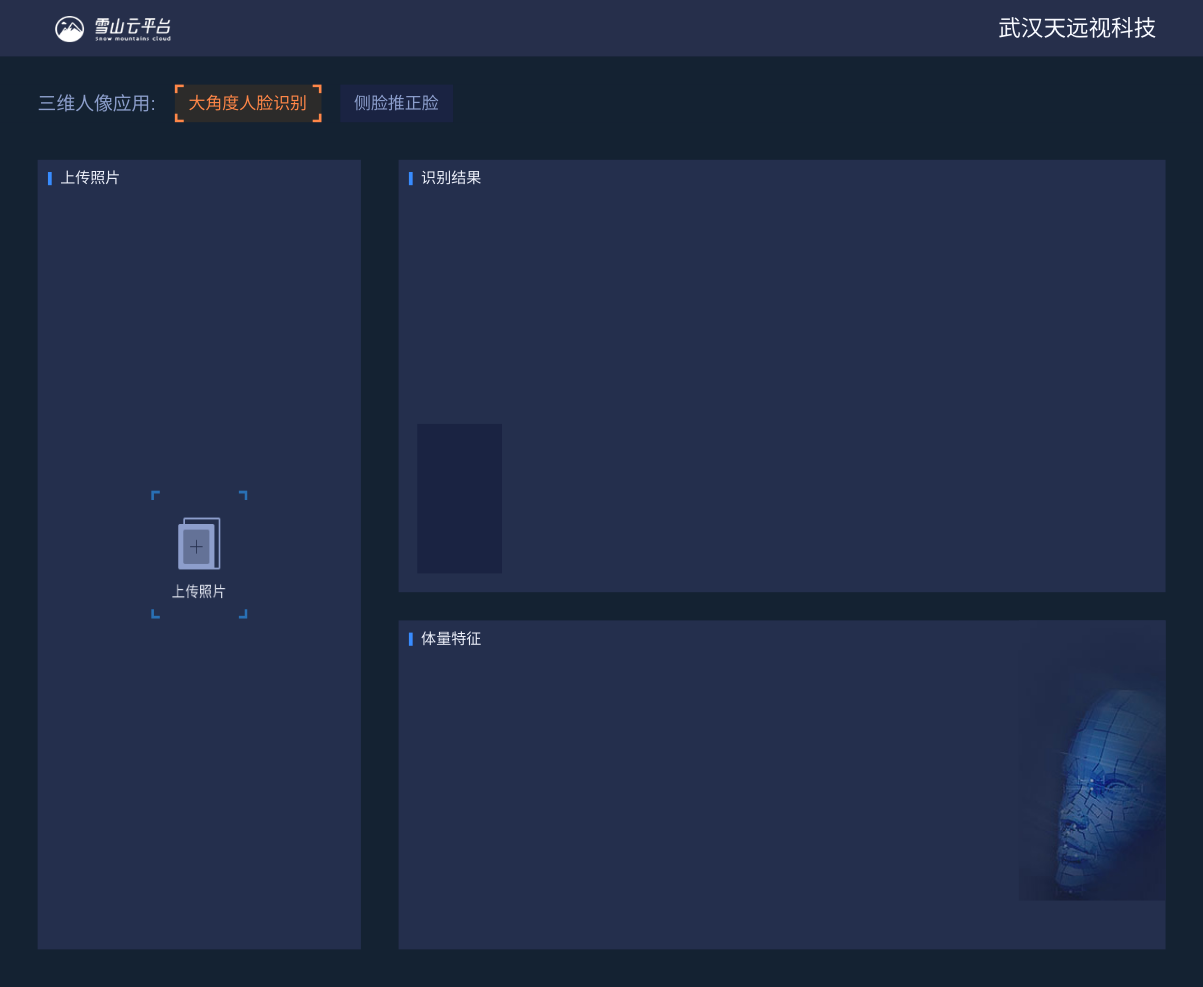
Repository: fyt2020/pubilcDemlo
Page: /
An editor plug-in stored every save of this project. The page is shown before and after the next save, followed by the edit.
The browser window is 1280 px wide. The pictures show the whole page, at 94% of full size.
The project was rebuilt for these pictures with package versions that can differ from the ones it lists, and the page was loaded fresh each time.

Above is the page before, as saved 2020-04-28 17:10:59.

### index.html
<!DOCTYPE html>
<html>
  <head>
    <meta charset="utf-8">
    <meta name="viewport" content="width=device-width,initial-scale=1.0">
    <title>pubilcdemo</title>
    <link rel="shortcut icon" href="./static/farsee.ico" type="image/x-icon">
    <script src="./static/config.js"></script>
    <script src="./static/main.js"></script>
  </head>
  <body>
    <div id="app"></div>
    <!-- built files will be auto injected -->
  </body>
</html>

### src/assets/css/reset.css
@charset "UTF-8";
/**
 * @desc pc端常用reset.css
 * @author archer
 * @date 2018-08-26
 */
html,body,div,p,ul,li,dl,dt,dd,em,i,span,a,img,input,h1,h2,h3,h4,h5,nav,section,footer,header,table,tr,th,td,ul,li{margin:0;padding:0;box-sizing: border-box;}
h1,h2,h3,h4,h5,h6{font-weight:normal}
i,em,b{font-style:normal}
article,aside,details,figcaption,figure,footer,header,menu,nav,section {display: block;}
a,img,input {border:none;}
a {text-decoration:none;}
a:hover, a:active {outline: none;}
ul,li{list-style: none}
button,input,select,textarea{font-size:100%;outline:none}
table{border-collapse:collapse;border-spacing:0}
html, body {width: 100%;height: 100%;}
body{font-family:"Helvetica Neue",Helvetica, Arial,sans-serif; font-size: 14px;line-height:1}

### src/pages/Home.vue
<template>
  <div class="home">
      <div class="header">
           <div class="header__left">
                <img src="../assets/img/logo1.png" alt="" class="logo_img">
           </div>
           <div class="header__right">
                <span>武汉天远视科技</span>
           </div>
      </div>
      <div class="navigation">
            <span class="navigation__title">三维人像应用:</span>
            <router-link tag="li" :to="{name:'bigAngle'}" class="navigation__item">大角度人脸识别</router-link>
            <router-link tag="li" :to="{name:'face',params:{id:'self'}}" class="navigation__item">侧脸推正脸</router-link>
      </div>

      <div class="content">
         <router-view />
      </div>

  </div>
</template>

<script>
export default {
  data() {
    return {};
  },
  computed: {},
  created() {

  },
  mounted() {

  },
  methods: {

  },
  components: {}
};
</script>

<style lang="scss" scoped>
@import "@/assets/css/home.scss";
</style>

### src/assets/css/home.scss

@import "@/assets/css/func.scss";
.home{
    font-size: 20px;
    width: 100vw;
    height: 100vh;
    background-color: #142232;
    .header{
        width: 100%;
        height: 60px;
        background-color: #262f4b;
        display: flex;
        align-items: center;
        color:  #f8faff;;
        justify-content: space-between;
        padding: 0 50px;
        font-size: 24px;
        .header__left{
            height: 100%;
            display: flex;
            align-items: center;
            .logo_img{
                width: 141px;
                height: 35px;
            }
        }
        .header__right{
            height: 100%;
            display: flex;
            align-items: center;
        }
    }
    .navigation{
        width: 100%;
        height: 40px;
        display: flex;
        align-items: center;
        box-sizing: border-box;
        background-color: #142232;
        color:  #8c9ecb;
        padding: 0 40px;
        margin-top: 30px;
        .navigation__title{
            margin-right: 20px;
        }
        &__item{
            height: 40px;
            line-height: 40px;
            box-sizing: border-box;
            padding: 0 15px;
            margin-right: 20px;
            font-size: 18px;
            color: #8c9ecc;
            background-color:  #1a2342;
        }
        &__item.exactActive{
             display: flex;
             color: #ff8748;
             background: url('../#{$img}/qhbtn.png') no-repeat center;
             background-size: 100% 100%;

        }
    }
    .content{
        width: 100%;
        padding: 40px;
        background-color: #142232;
    }
}

### src/assets/css/func.scss
// @function px2Rem($px, $base-font-size: 19.2px) {
//     @if (unitless($px)) { //有无单位
//       @return ($px / 19.2) * 1rem;
//     } @else if (unit($px) == em) {
//       @return $px;
//     }
//     @return ($px / $base-font-size) * 1rem;
// }

$img:"/assets/img";

### src/assets/css/bigAngle.scss
.bigAngle{
     display: flex;
     width: 100%;
     height: 100%;
     .titleW{
        position: absolute;
        height: 20px;
        line-height: 20px;
        width: 100%;
        left: 10px;
        top:10px;
        display: flex;
        align-items: center;
        color:  #edf0fa;
        font-size: 16px;
        border: 1px solid transparent;
        .titleW__one{

           width: 4px;
           height: 14px;
           margin-right: 9px;
           background-color: #388cff;
        }
    }
     .bigAngle__left{
        width: 994px;
        height: 840px;
        margin-right: 40px;
        display: flex;
        flex-direction: column;
        background-color: #242f4d;
        .left__top{
             width: 100%;
             height: 100%;
            //  margin-bottom: 20px;
             display: flex;
             align-items: center;
             justify-content: center;
             position: relative;
             .uploadImg{
                height: 100%;
             }

             .delete__img{
                position: absolute;
                width: 36px;
                height: 36px;
                right: 20px;
                top:20px;
                transition: all 0.1 linear;
                z-index: 2100;
                cursor: pointer;
             }
             .btn{
                 position: absolute;
                 outline: none;
                 position: relative;
                 border: none;
                 background: transparent;
                //  border-style: solid;
                //  border-width: 2px;
                //  border-image-source: linear-gradient(0deg,#1a5fff 0%, #5f8ffd 100%);
                //  border-image-slice: 1;
                 width: 114px;
                 height: 138px;
                //  line-height: 30px;
                //  color: #1a5fff;
                //  border-radius: 6px;
                 z-index: 9999;
                 cursor: pointer;
                 .btn__bg{
                     width: 100%;
                     height: 100%;
                 }
             }
        }
        .left__bottom{
            width: 100%;
            height: 15%;
            border: 1px solid black;
            .left__bottom{

            }

        }
     }
     .bigAngle__right{
        width: 816px;
        height: 840px;


        .right__top{

            width: 100%;
            height: 460px;
            position: relative;
            margin-bottom: 30px;
            background-color: #242f4d;

            .recg__box{

                display: flex;
                position: absolute;
                width: 90px;
                left: 20px;
                bottom: 20px;
                background-color: #1a2342;;
                height: 159px;
                align-items: center;
                justify-content: flex-start;
                .recg__item{
                    height: 100%;
                }
            }
            #WebGL-output{
                width: 815px;
                height: 460px;
            }
            .info__box{
                position: absolute;
                right: 20px;
                bottom: 20px;
                width: 238px;
                height: 158px;
                background-color: #1a2342;
                padding: 15px;
                display: flex;
                flex-direction: column;
                justify-content: space-around;
                align-content: space-around;
                font-size: 14px;
                color: #edf0fa;


            }
        }
        .right__bottom{
            background-color: #242f4d;
            width: 100%;
            height: 350px;
            position: relative;
            .char__box{
                position: relative;
                width: 816px;
                height: 298px;
                z-index: 1;
                margin-top: 20px;

                .char2{
                    position: absolute;
                    right: 0;
                    bottom: 0;
                }

            }
            .char{


            }
            .tl__box{
                display: flex;
                position: absolute;
                z-index: 10;
                width: 100%;
                height: 100%;


                .tl__item{
                    display: flex;
                    align-items: center;
                    position: absolute;
                    font-size: 15px;
                    color: #edf0fa;
                    letter-spacing: 1px;

                    &:nth-of-type(1){
                        left: 43%;
                        top:17%

                    }
                    &:nth-of-type(2){
                        left: 32%;
                        top:30%
                    }
                    &:nth-of-type(3){

                        left: 43%;
                        top:40%
                    }
                    &:nth-of-type(4){

                        left: 43%;
                        top:50%
                    }
                    &:nth-of-type(5){

                        left: 43%;
                        top:59%
                    }
                    &:nth-of-type(6){

                        left: 43%;
                        top:68%
                    }
                    &:nth-of-type(7){

                        left: 43%;
                        top:77%
                    }
                    &:nth-of-type(8){

                        left: 43%;
                        top:86%
                    }






                }
            }


        }

     }
}

Loaded but not shown: src/App.vue (common file); src/plugins/axios.js (library); src/router/index.js (42 lines, source omitted); src/main.js (17 lines, source omitted); static/config.js (4 lines, source omitted); src/pages/bigAngle.vue (412 lines, source omitted)

After the next save:
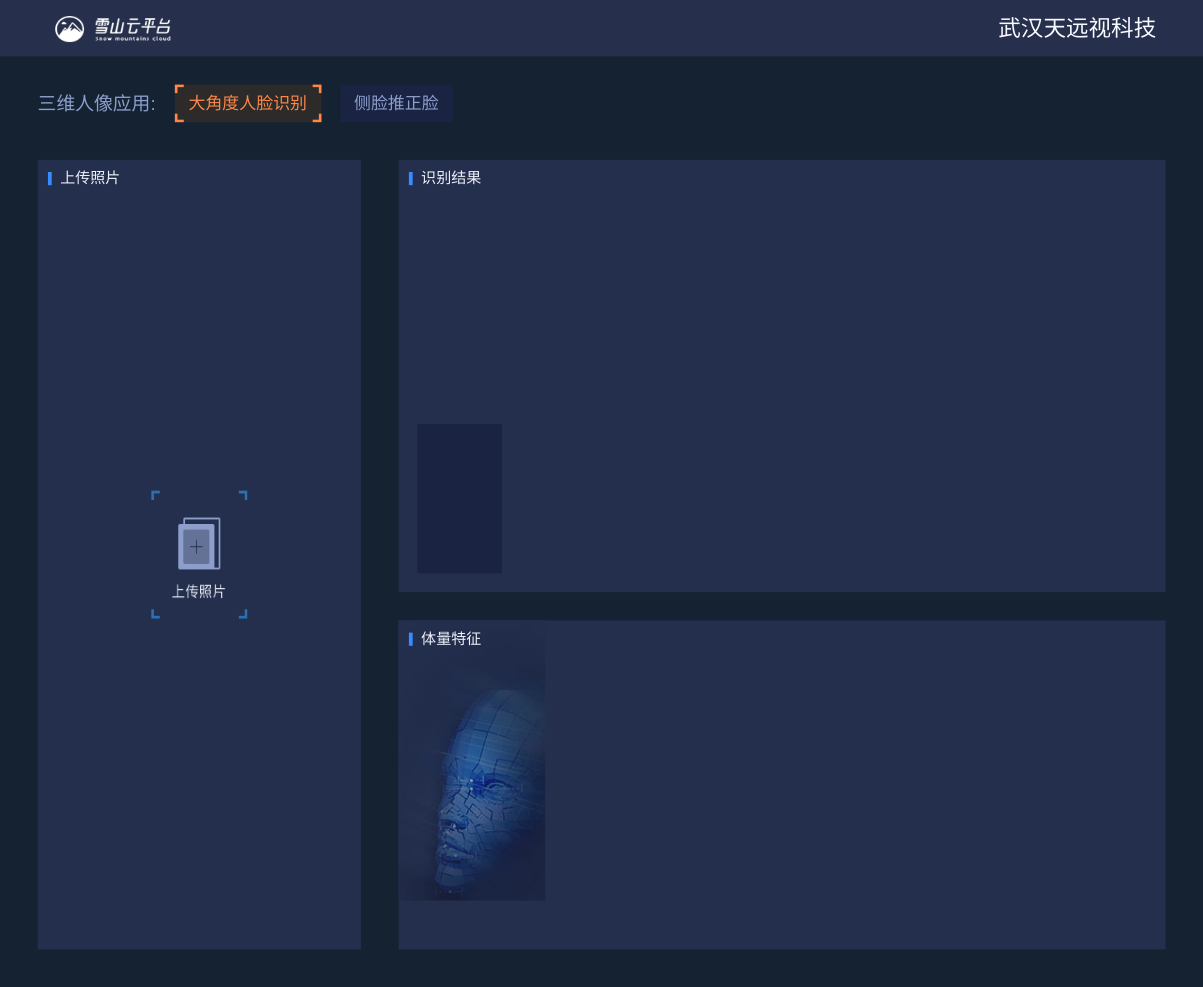
Saved 64 s later.
--- a/src/assets/css/bigAngle.scss
+++ b/src/assets/css/bigAngle.scss
@@ -140,16 +140,15 @@
             height: 350px;
             position: relative;
             .char__box{
-                position: relative;
+
                 width: 816px;
                 height: 298px;
                 z-index: 1;
                 margin-top: 20px;
 
                 .char2{
-                    position: absolute;
-                    right: 0;
-                    bottom: 0;
+
+
                 }
 
             }

After the save that followed:
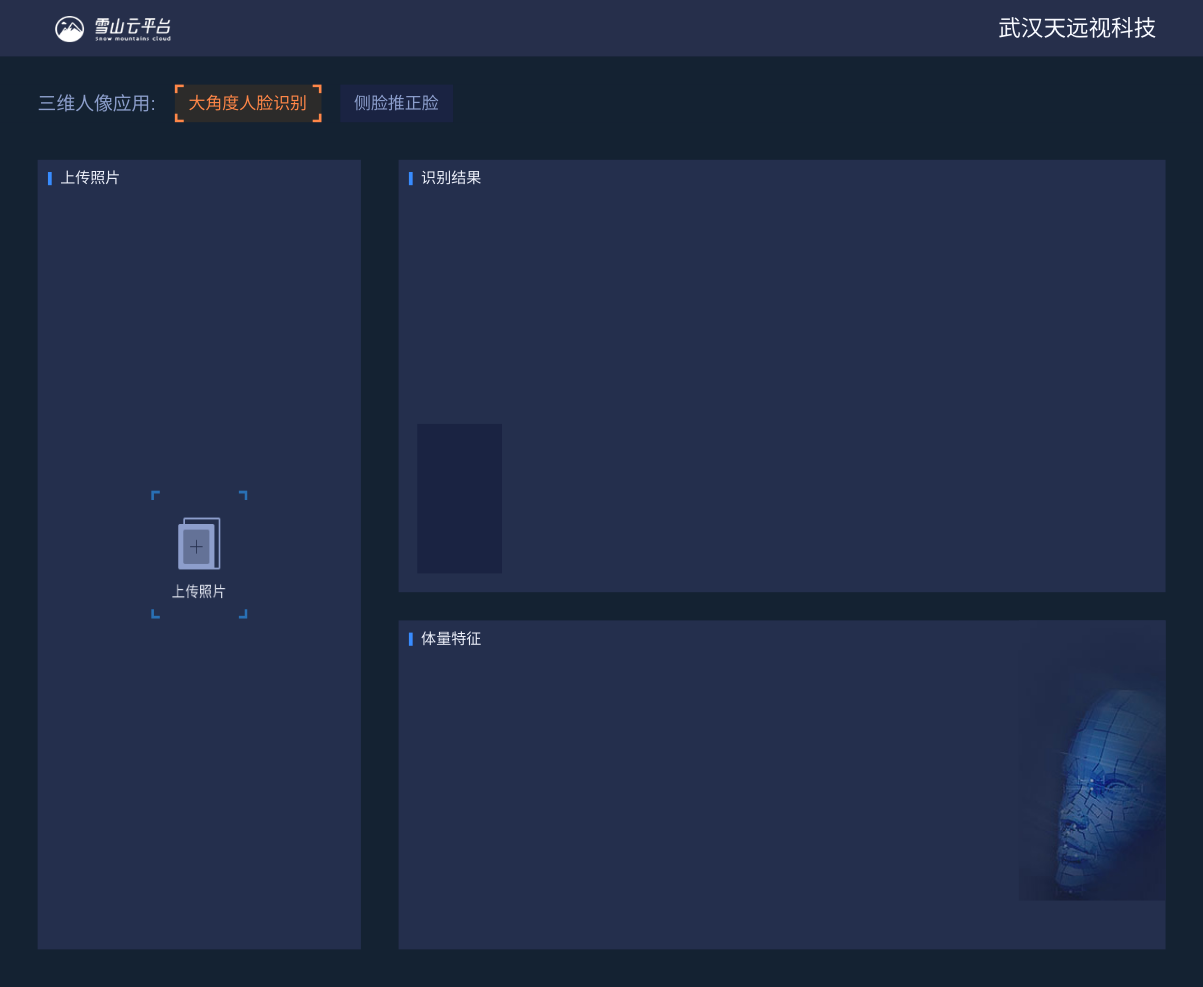
Saved 6 s later.
--- a/src/assets/css/bigAngle.scss
+++ b/src/assets/css/bigAngle.scss
@@ -147,7 +147,7 @@
                 margin-top: 20px;
 
                 .char2{
-
+                    float: right;
 
                 }
 
